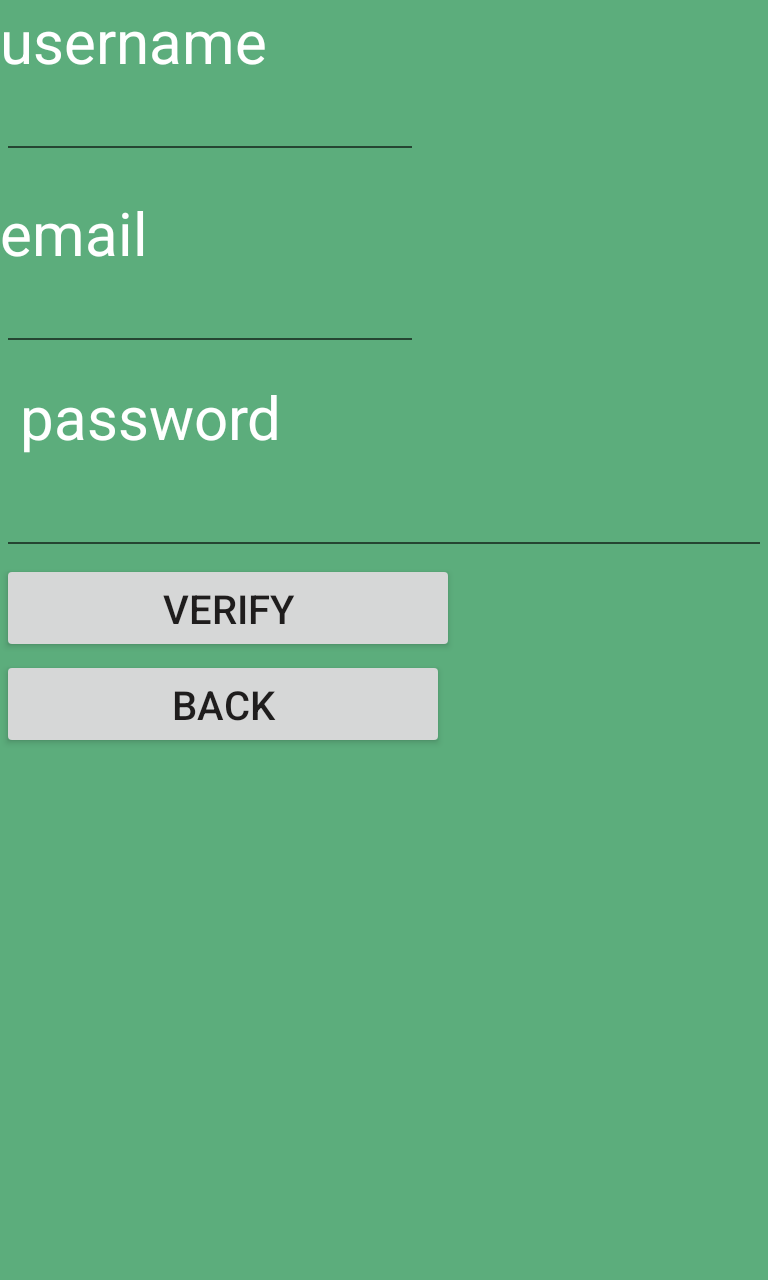
Repository: janemuthoni/icon
Layout: Exam/res/layout/login.xml
An editor plug-in stored every save of this project. The layout is shown before and after the next save, followed by the edit.
It is drawn on a 768 x 1280 px phone screen (xhdpi) without system bars, with theme AppTheme; the app's code is not run.

Above is the layout before, as saved 2014-08-07 08:34:48.

After the next save:
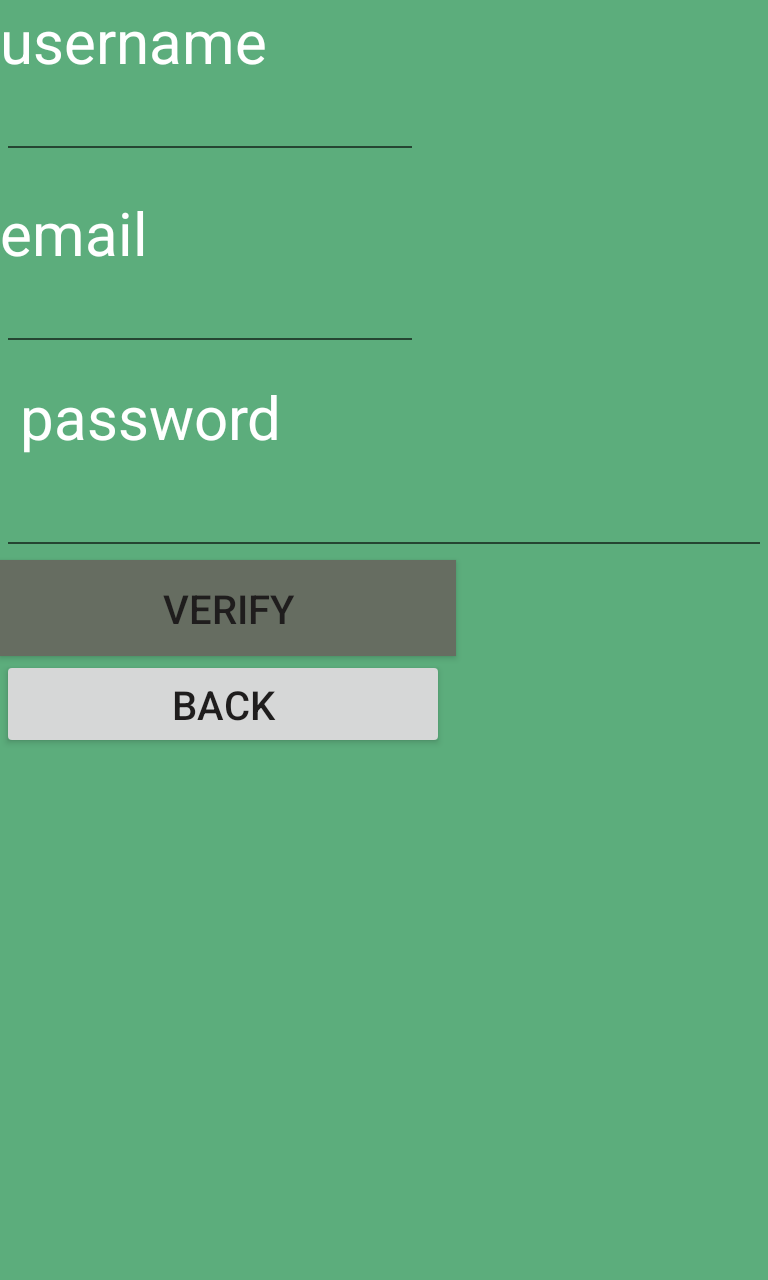
Saved 38 s later.
--- a/Exam/res/layout/login.xml
+++ b/Exam/res/layout/login.xml
@@ -57,7 +57,8 @@
           android:layout_height="wrap_content"
           android:text="@string/buttonverify"
           android:textColor="@color/black"
-          android:textSize="20sp" />
+          android:textSize="20sp"
+          android:background="@color/darkgrey"/>
 
       <Button
           android:id="@+id/buttonback"
